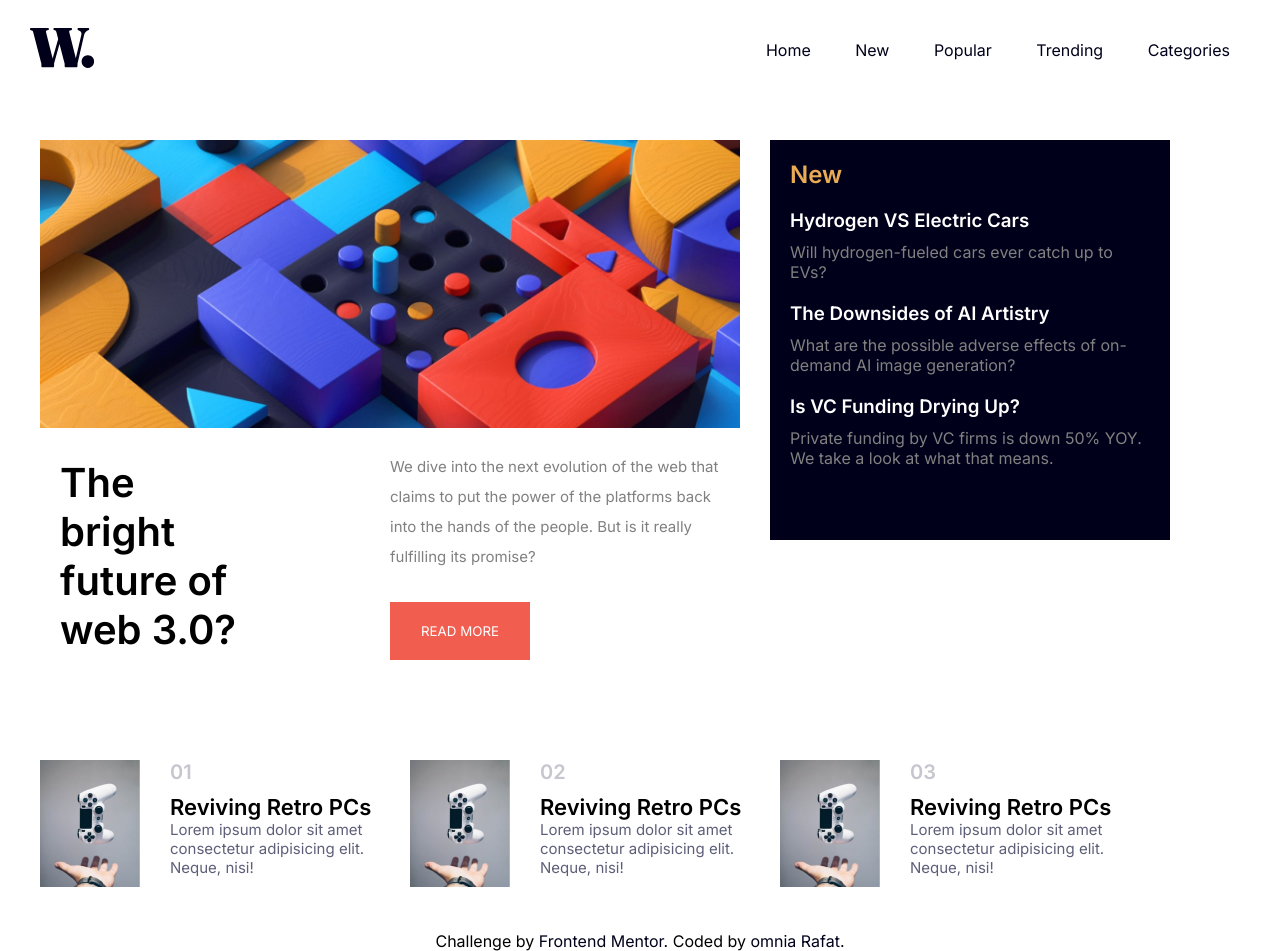
Repository: OmniaRafat232111121/HomePage
Page: index.html
An editor plug-in stored every save of this project. The page is shown before and after the next save, followed by the edit.
The browser window is 1280 px wide. The pictures show the whole page.

Above is the page before, as saved 2022-12-17 17:44:24.

After the next save:
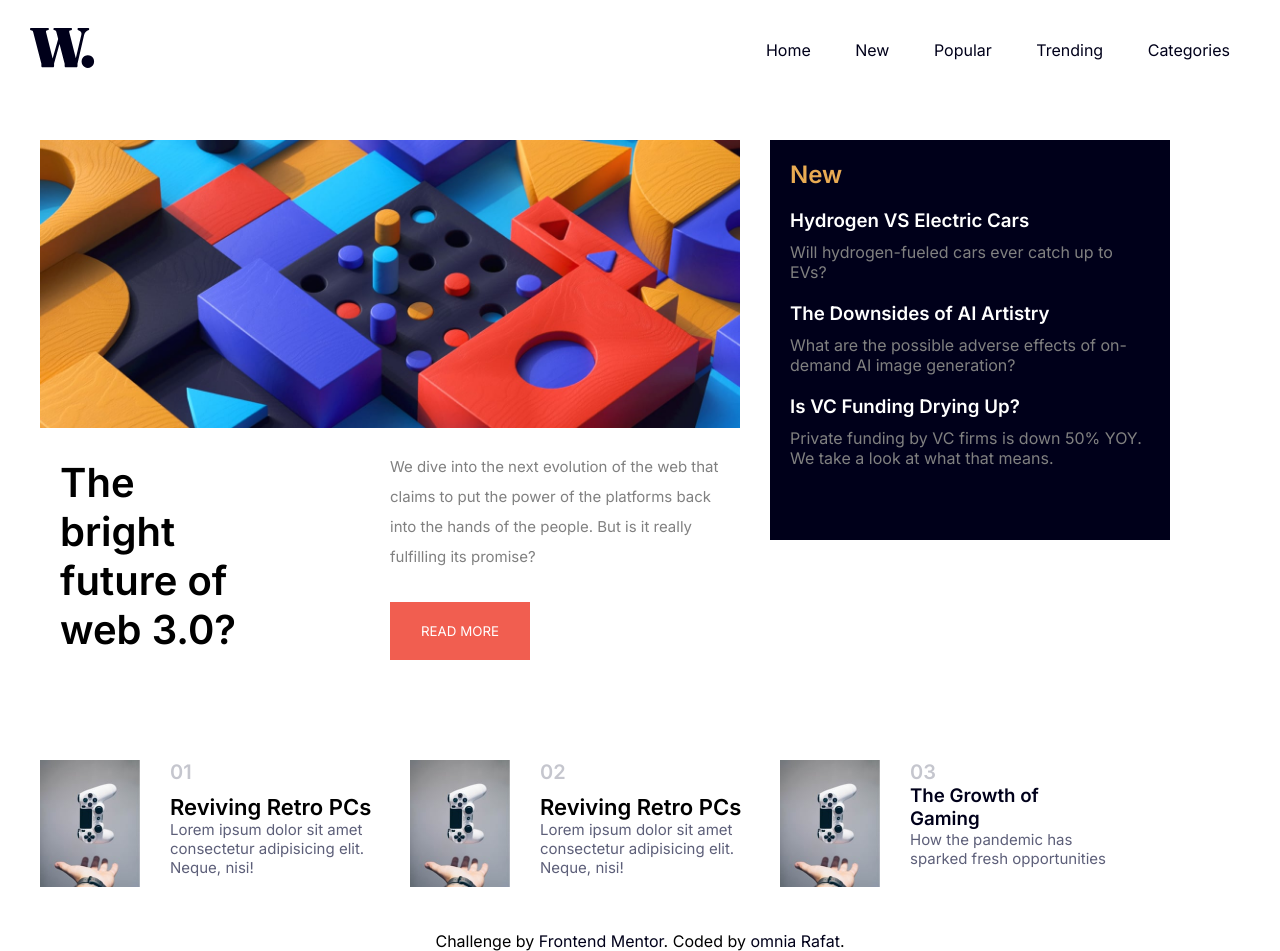
Saved 70 s later.
--- a/index.html
+++ b/index.html
@@ -93,8 +93,8 @@
             </div>
             <div class="con">
               <span>03</span>
-              <h2>Reviving Retro PCs</h2>
-              <p>Lorem ipsum dolor sit amet consectetur adipisicing elit. Neque, nisi!</p>
+               <h3><a href="#">The Growth of Gaming</a></h3>
+          <p>How the pandemic has sparked fresh opportunities</p>
             </div>
 
         </div>
